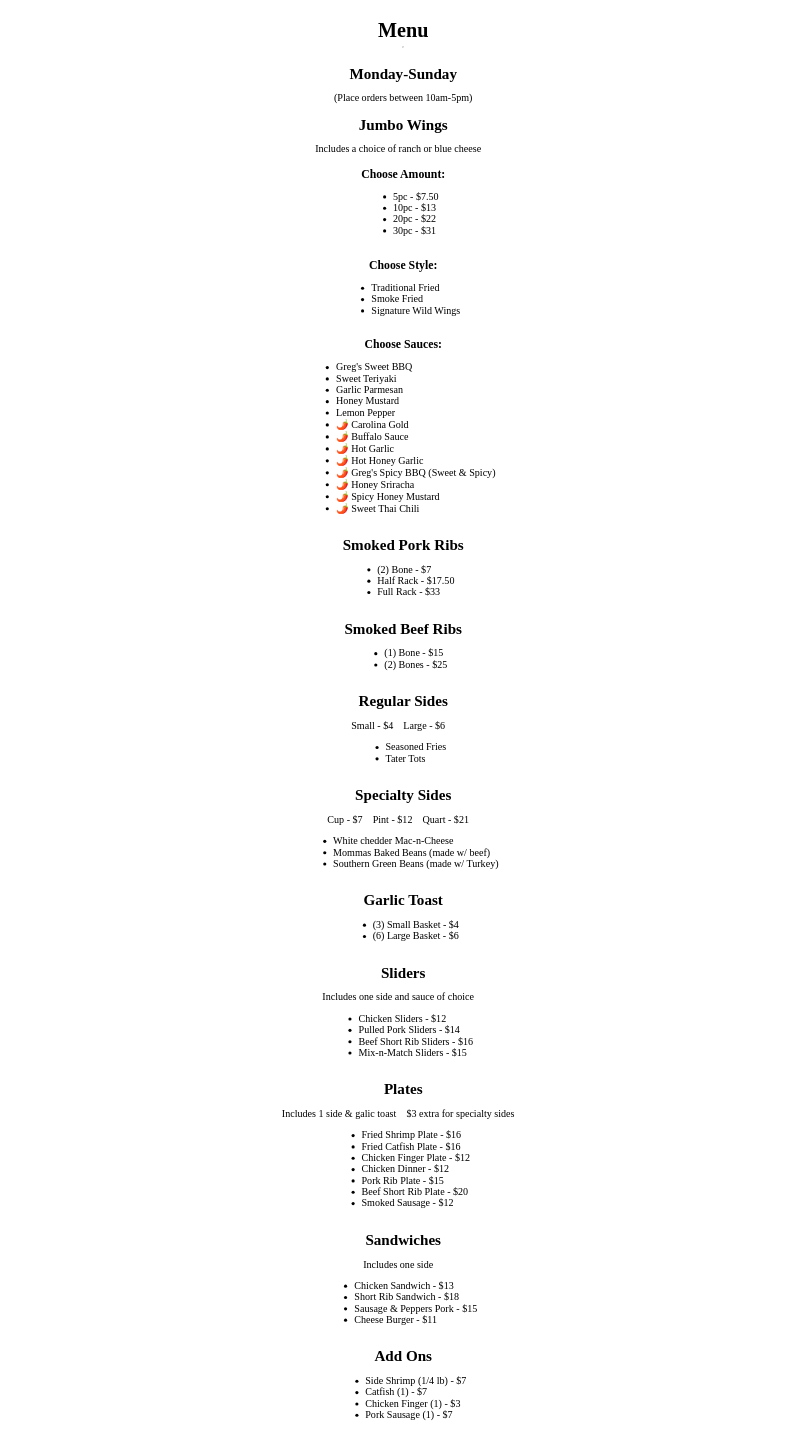
Repository: dukedward/smokehousemenu
Page: index.html
These files come from the project's save history. The page is drawn as it stood at one moment and after the next save; the edit follows.
The browser window is 1280 px wide. The pictures show the whole page, at 63% of full size.

Above is the page before, as saved 2023-02-28 15:06:14.

After the next save:
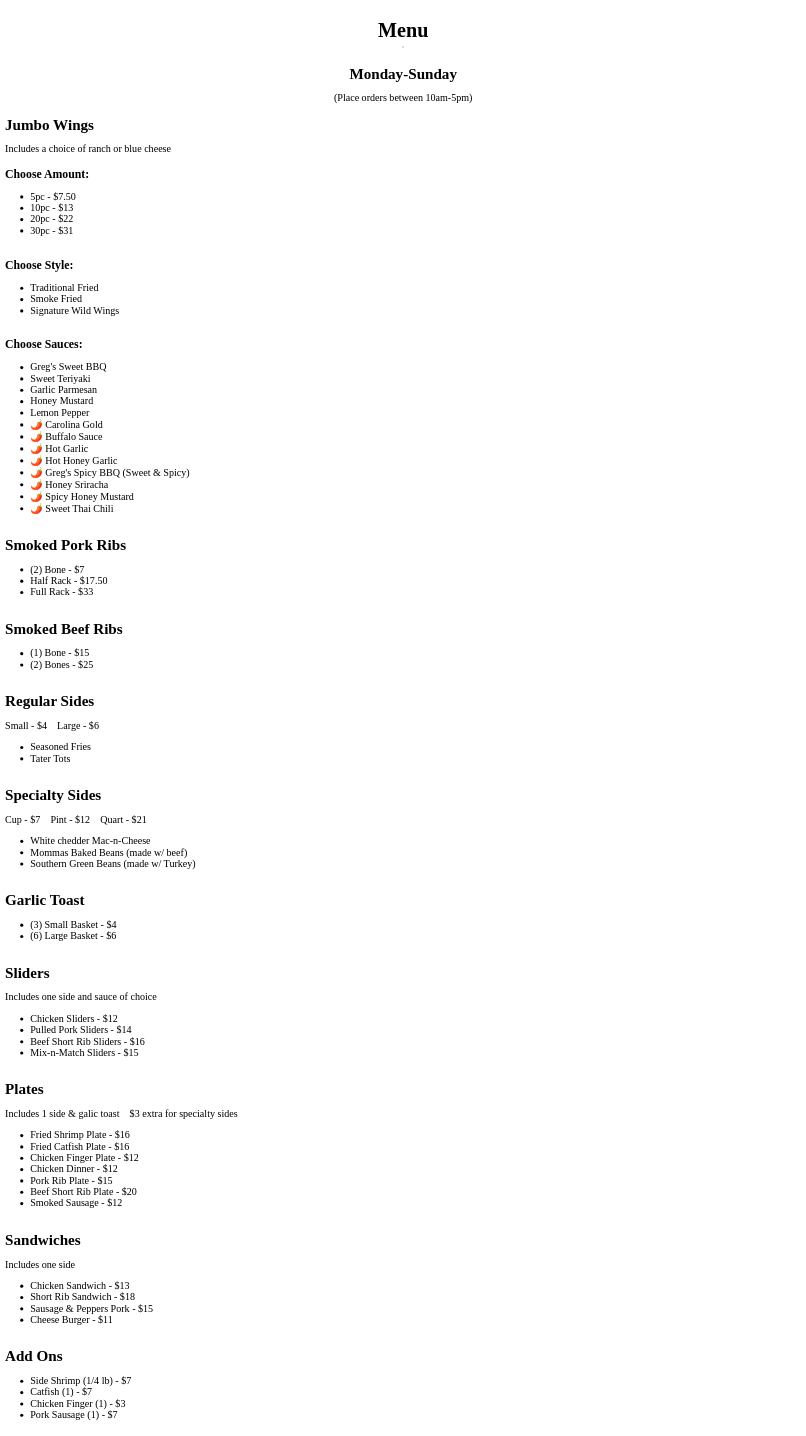
Saved 16 s later.
--- a/style.css
+++ b/style.css
@@ -22,7 +22,7 @@
 	display: flex;
 	flex-direction: column;
 	justify-content: left;
-	align-items: center;
+	align-items: start;
 }
 
 .sect h2,h3 {

After the save that followed:
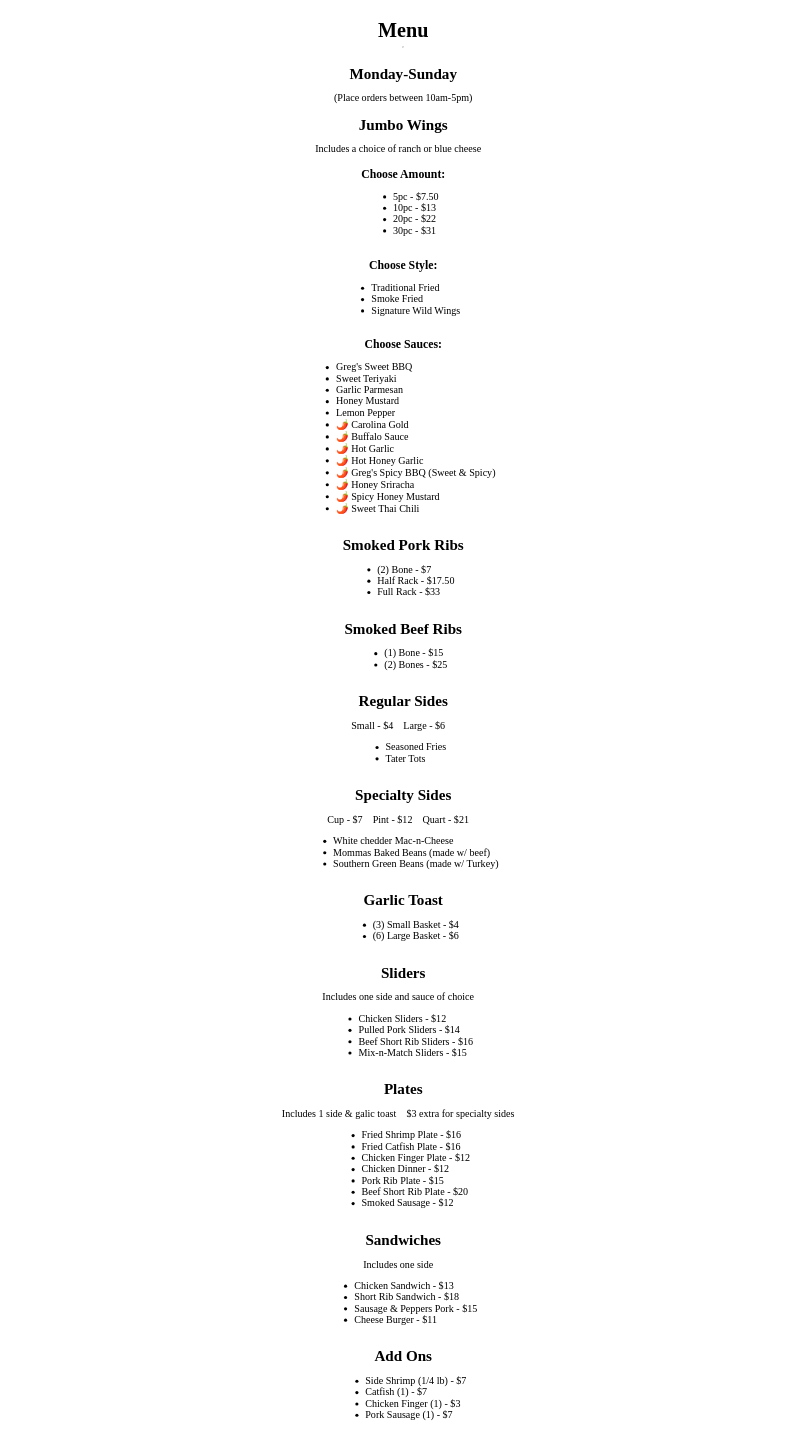
Saved 17 s later.
--- a/style.css
+++ b/style.css
@@ -22,7 +22,7 @@
 	display: flex;
 	flex-direction: column;
 	justify-content: left;
-	align-items: start;
+	align-items: center;
 }
 
 .sect h2,h3 {
